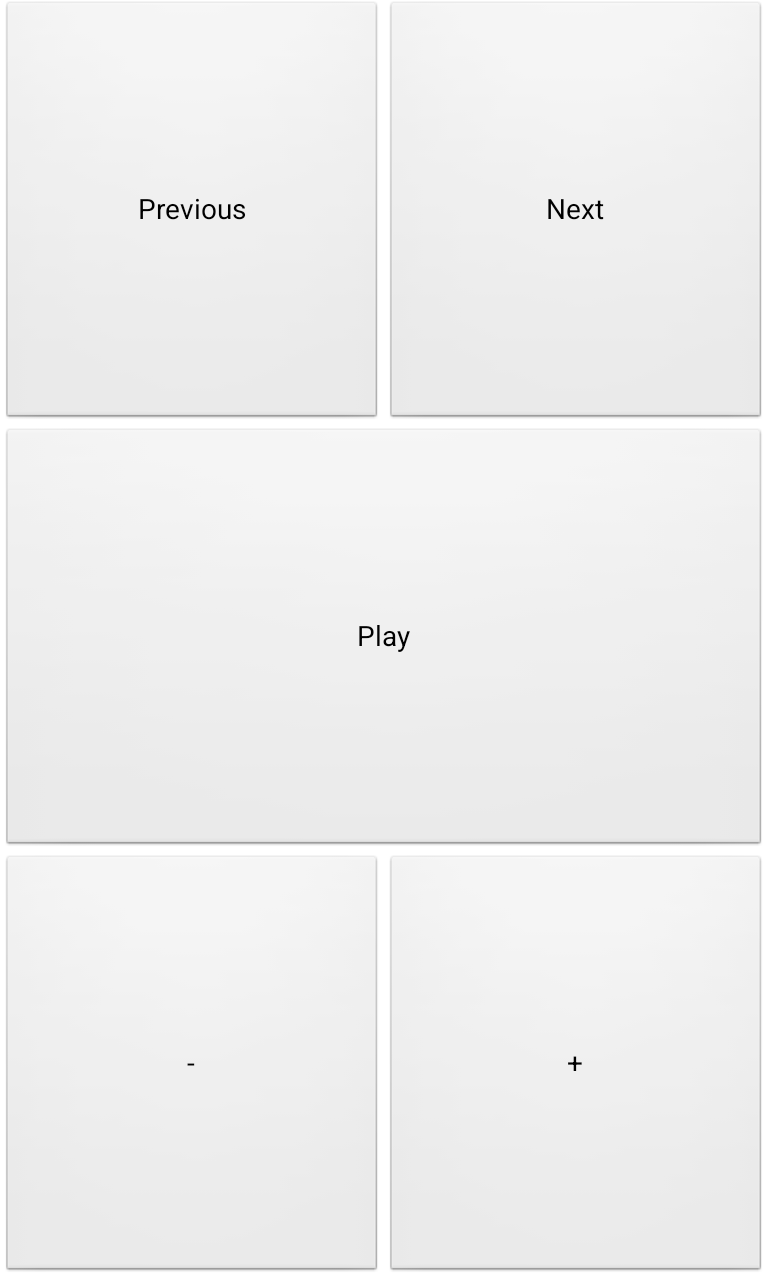
Repository: kamiljano/PCRemote
Layout: workspace/PCRemote/res/layout/media_activity.xml
An editor plug-in stored every save of this project. The layout is shown before and after the next save, followed by the edit.
It is drawn on a 768 x 1280 px phone screen (xhdpi) without system bars, with theme AppTheme; the app's code is not run.

Above is the layout before, as saved 2012-09-21 11:15:59.

After the next save:
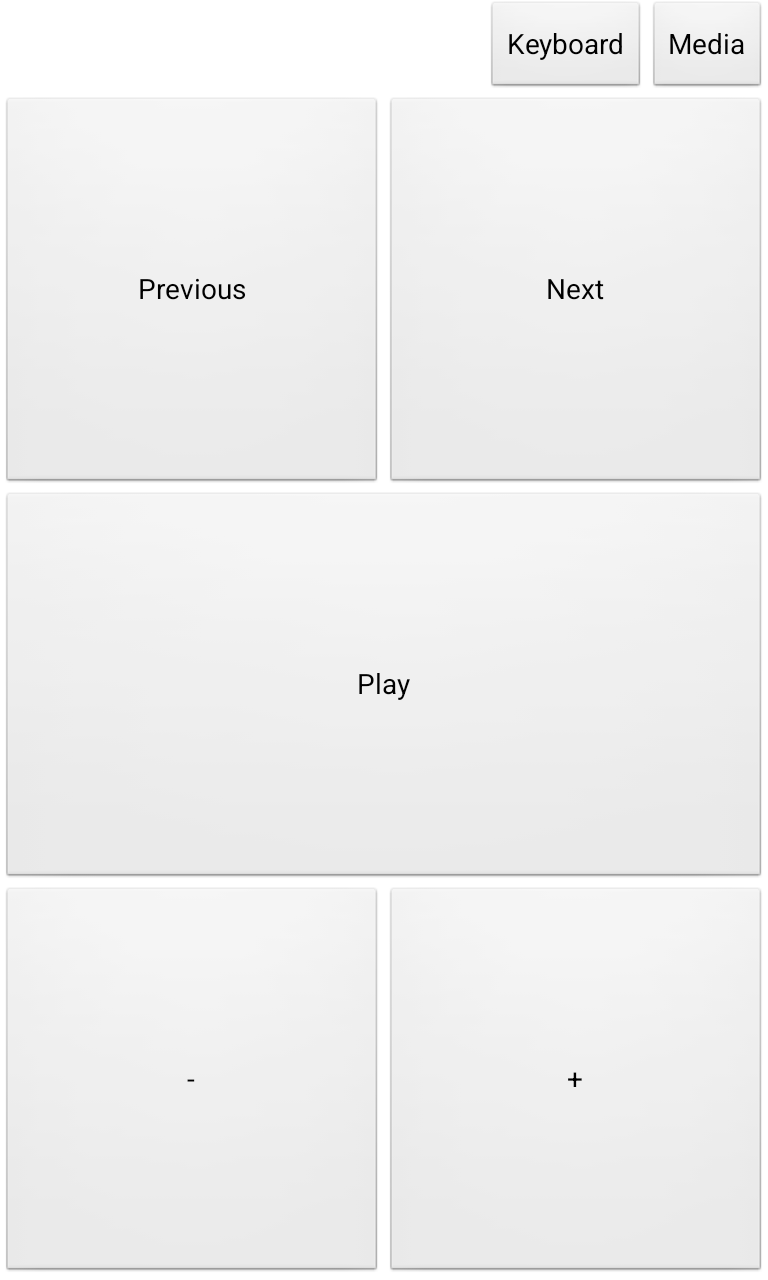
Saved 20 s later.
--- a/workspace/PCRemote/res/layout/media_activity.xml
+++ b/workspace/PCRemote/res/layout/media_activity.xml
@@ -3,6 +3,25 @@
     android:layout_width="match_parent"
     android:layout_height="match_parent"
     android:orientation="vertical" >
+
+    <LinearLayout
+        android:layout_height="wrap_content"
+        android:layout_width="fill_parent"
+        android:orientation="horizontal"
+        android:gravity="right">
+
+        <Button
+            android:layout_width="wrap_content"
+            android:layout_height="wrap_content"
+            android:text="@string/keyboard"
+            android:onClick="goToKeyboard"/>
+        <Button
+            android:layout_width="wrap_content"
+            android:layout_height="wrap_content"
+            android:text="@string/media"
+            android:onClick="goToMousepad"/>
+
+    </LinearLayout>
 
     <LinearLayout
         android:layout_width="match_parent"
